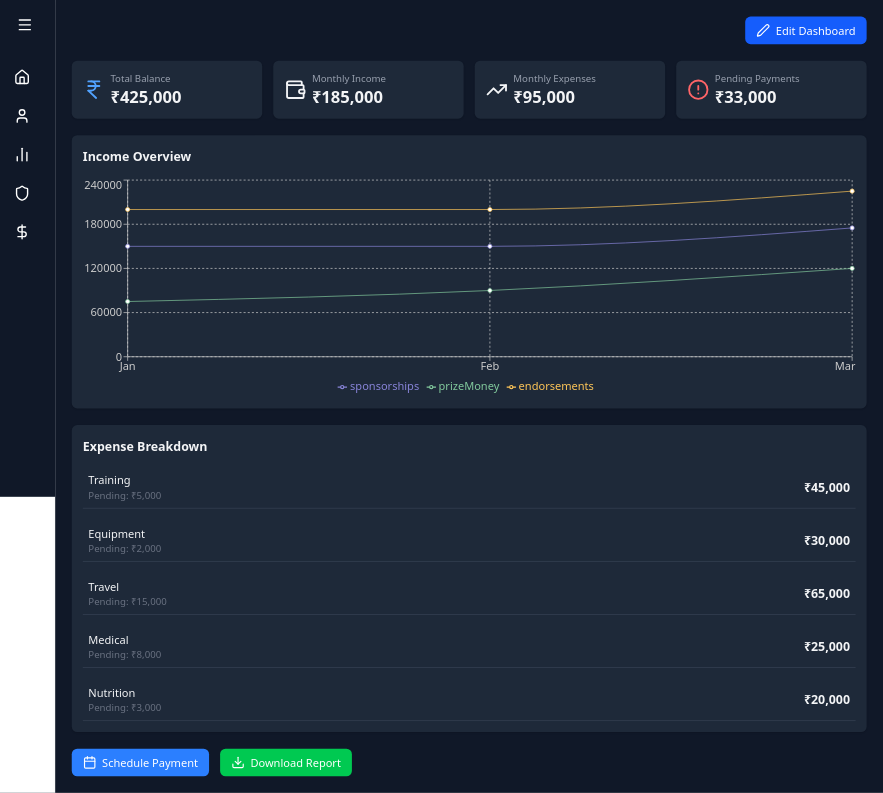
Repository: Shovon0004/Athlete
Page: /financial (app in Athlete/)
The author's editor kept a copy of each file at every save. The page is drawn from the files as they stood at one save, then again after the next save.
The browser window is 1280 px wide. The pictures show the whole page, at 69% of full size.
The project was rebuilt for these pictures with package versions that can differ from the ones it lists, and the page was loaded fresh each time. Also part of the build but not shown: Athlete/vite.config.js, Athlete/src/components/AppointmentPage.jsx, Athlete/src/components/News.jsx, Athlete/src/components/SportsPage.jsx, Athlete/src/components/HeroPage.jsx.

Above is the page before, as saved 2025-01-27 21:44:41.

After the next save:
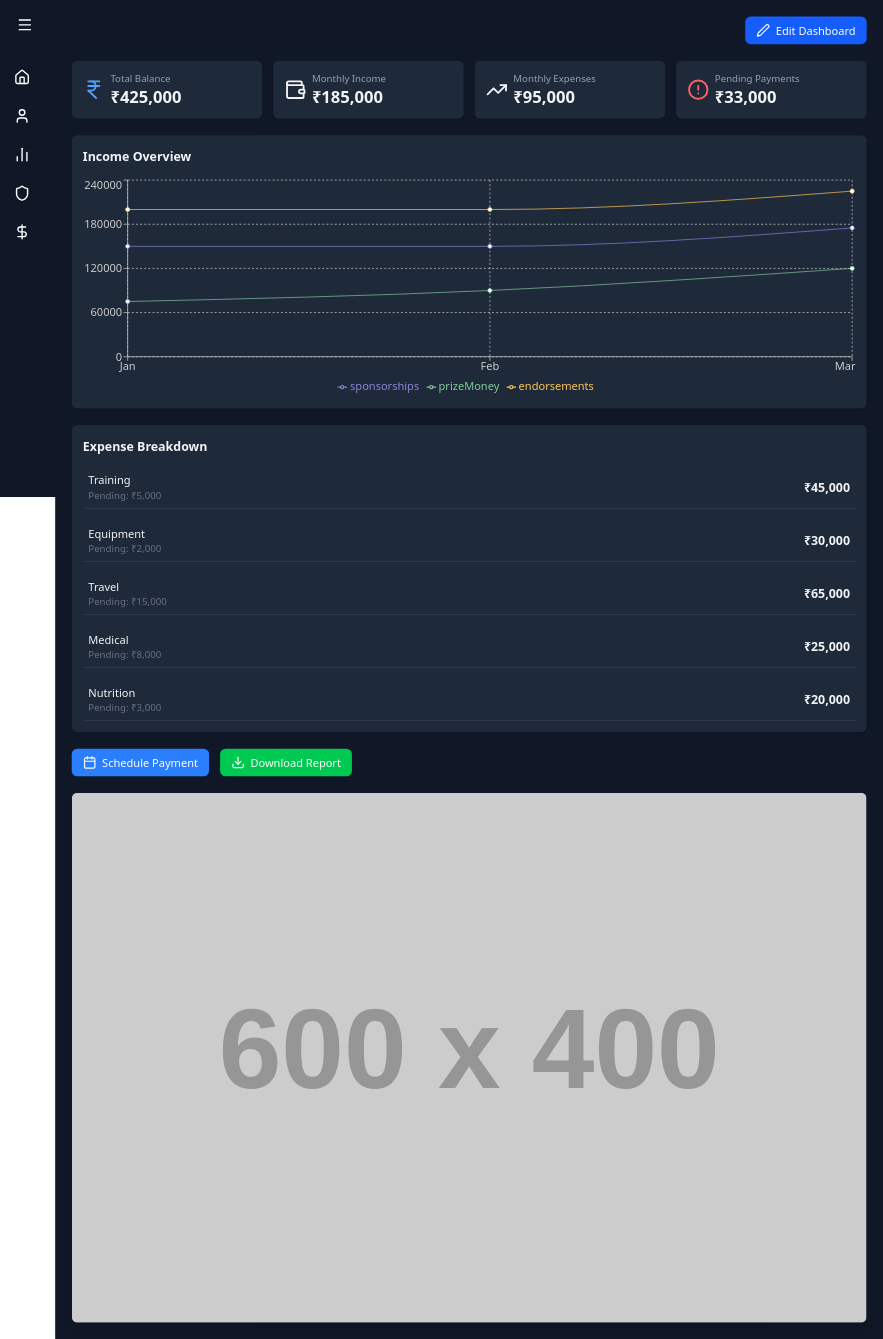
Saved 2 min 6 s later.
--- a/Athlete/src/components/EditableFinanceDashboard.jsx
+++ b/Athlete/src/components/EditableFinanceDashboard.jsx
@@ -233,6 +233,11 @@
   incomeData={incomeData}
   expenseCategories={expenseCategories}
       />
+      <img
+          src="https://via.placeholder.com/600x400"
+          alt="Motivational Placeholder"
+          className="w-full h-auto rounded-lg shadow-lg"
+        />
 
     </div>
   );
